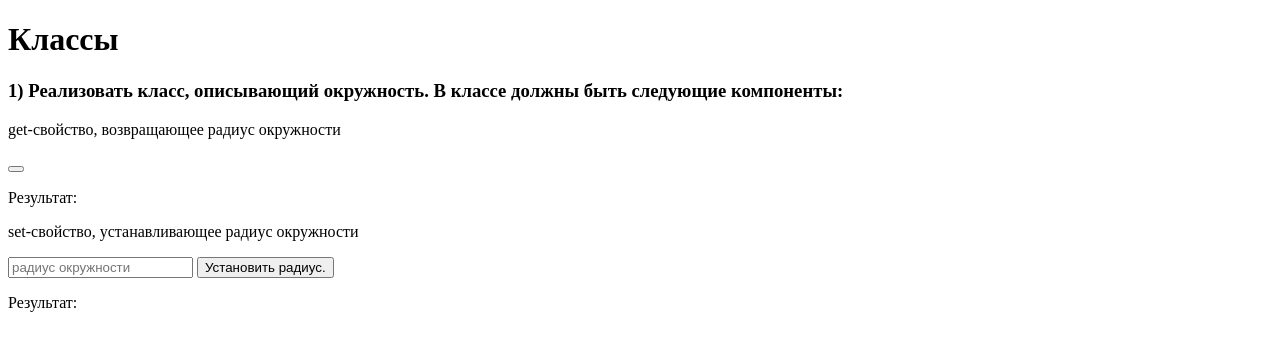
Repository: NastyaGavrilova/Beetroot-js
Page: HW6/index.html
An editor plug-in stored every save of this project. The page is shown before and after the next save, followed by the edit.
The browser window is 1280 px wide. The pictures show the whole page.

Above is the page before, as saved 2021-10-24 16:43:54.

### HW6/index.html
<!DOCTYPE html>
<html lang="en">
  <head>
    <meta charset="UTF-8" />
    <meta http-equiv="X-UA-Compatible" content="IE=edge" />
    <meta name="viewport" content="width=device-width, initial-scale=1.0" />
    <title>Classes</title>
  </head>
  <body>
    <h1>Классы</h1>
    <section class="c-task1">
      <div class="c-task1__wrapper">
        <div class="c-task1__title">
          <h3 class="e-title">
            1) Реализовать класс, описывающий окружность. В классе должны быть
            следующие компоненты:
          </h3>
        </div>
        <div class="-task1__paragraph">
          <p class="e-paragraph">
            get-свойство, возвращающее радиус окружности
          </p>
        </div>
        <button id="js-task1-btn1"></button>
        <div class="-task1__paragraph">
          <p class="e-paragraph">
            Результат: <span id="js-task1-span1"></span>
          </p>
        </div>
        <div class="-task1__paragraph">
          <p class="e-paragraph">
            set-свойство, устанавливающее радиус окружности
          </p>
        </div>
        <form action="#" class="c-task1__form" method="get">
          <div class="c-form__wrapper">
            <input
              type="number"
              id="js-task1-input1"
              placeholder="радиус окружности"
            />
            <button id="js-task1-btn2">Установить радиус.</button>
          </div>
        </form>
        <div class="-task1__paragraph">
          <p class="e-paragraph">
            Результат: <span id="js-task1-span2"></span>
          </p>
        </div>
      </div>
    </section>
  </body>
</html>

After the next save:
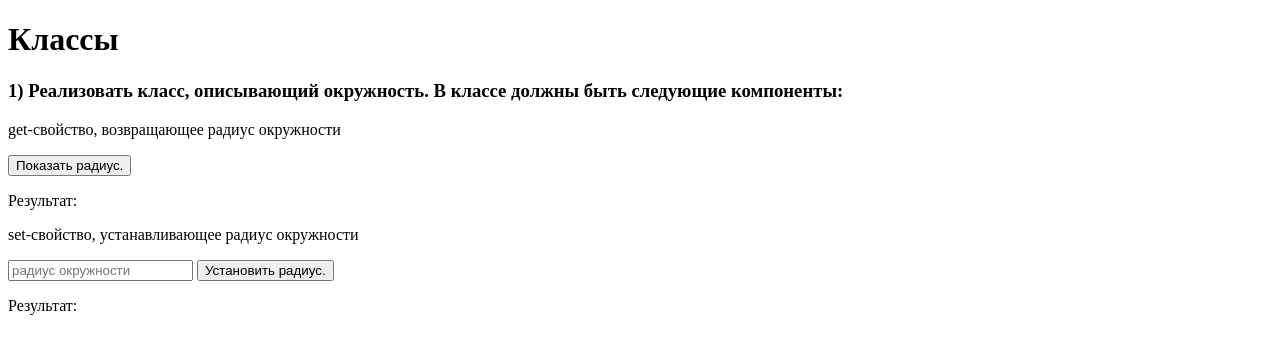
Saved 34 s later.
--- a/HW6/index.html
+++ b/HW6/index.html
@@ -21,7 +21,7 @@
             get-свойство, возвращающее радиус окружности
           </p>
         </div>
-        <button id="js-task1-btn1"></button>
+        <button id="js-task1-btn1">Показать радиус.</button>
         <div class="-task1__paragraph">
           <p class="e-paragraph">
             Результат: <span id="js-task1-span1"></span>
